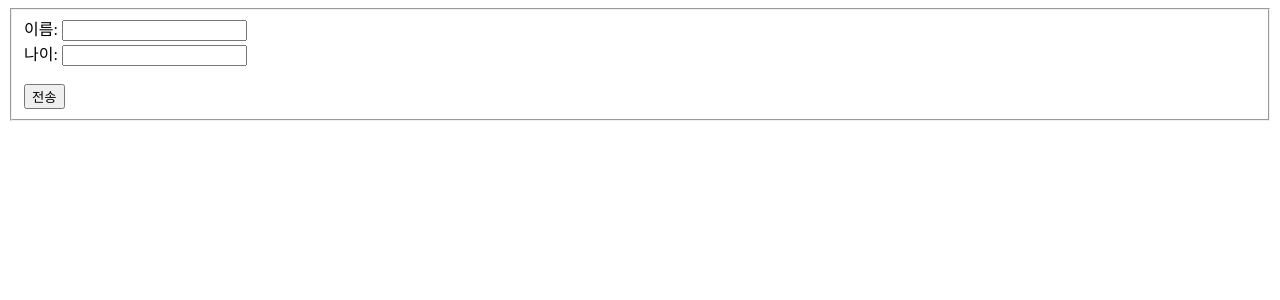
Repository: jihoonys82/weblec
Page: Front/WebContent/Ex01_HTML_tag/tagEx_08.html
An editor plug-in stored every save of this project. The page is shown before and after the next save, followed by the edit.
The browser window is 1280 px wide. The pictures show the whole page.

Above is the page before, as saved 2018-07-24 06:51:51.

After the next save:
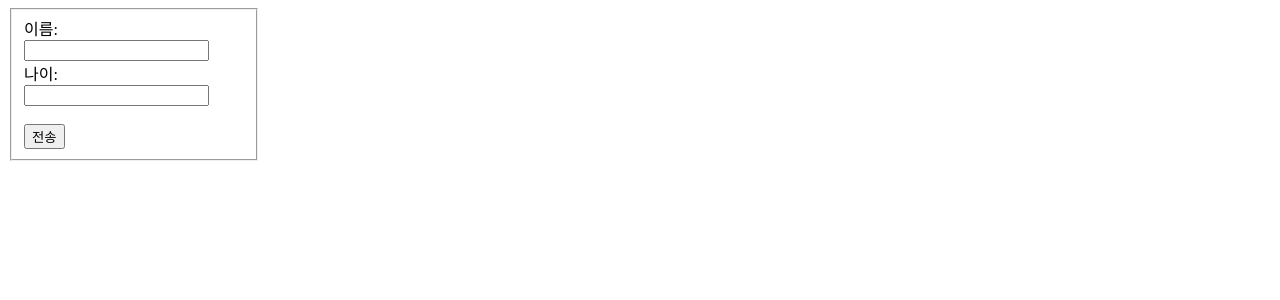
Saved 86 s later.
--- a/Front/WebContent/Ex01_HTML_tag/tagEx_08.html
+++ b/Front/WebContent/Ex01_HTML_tag/tagEx_08.html
@@ -13,7 +13,7 @@
 <div>
 
 <form action="#" method="get">
-	<fieldset>
+	<fieldset style="width: 220px">
 		<!-- 전송할 데이터 작성 -->
 		이름: <input type="text" name="name" /><br>
 		나이: <input type="text" name="age" /><br><br>
